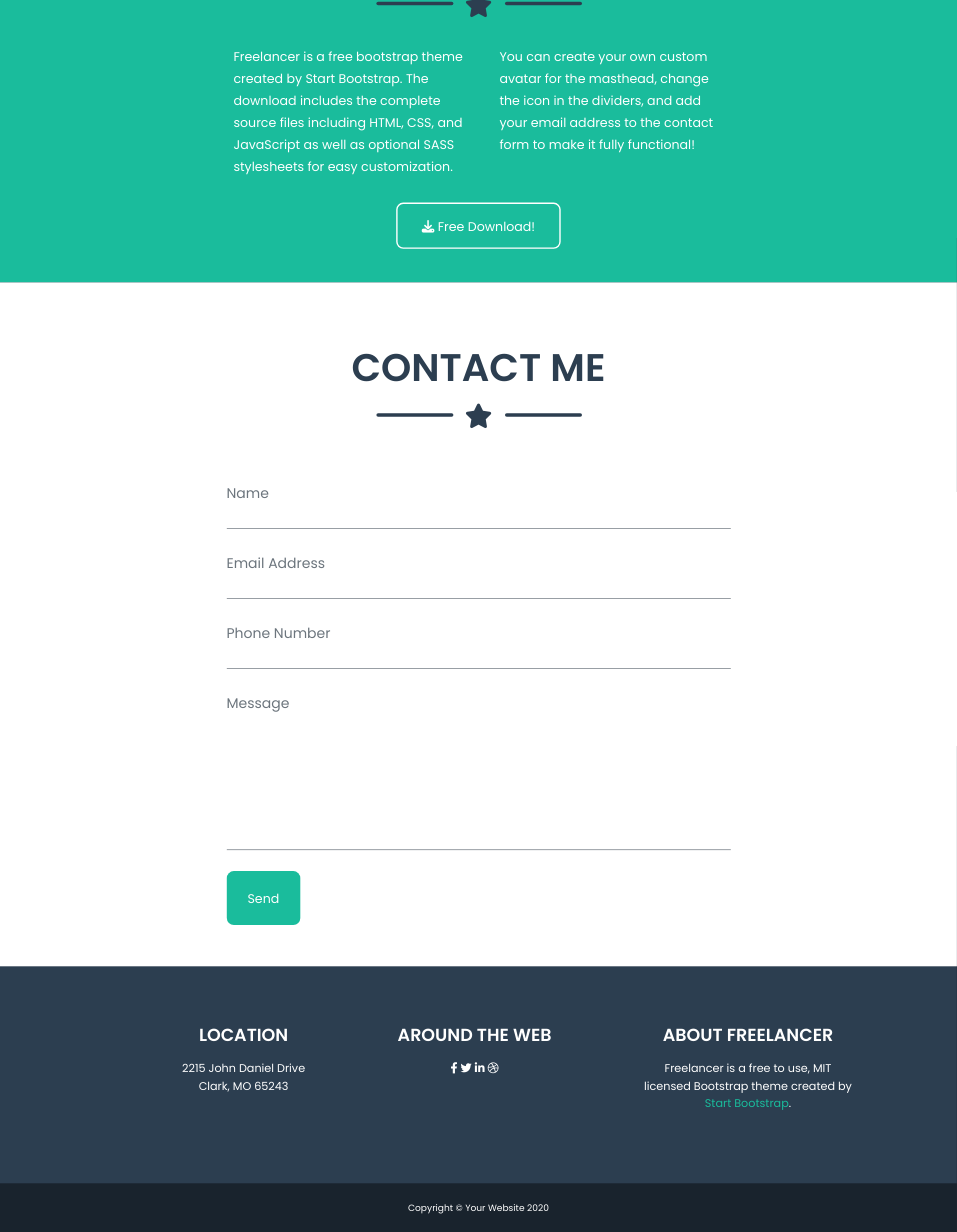
Repository: sSoRaK/web-cut-by-figma_train
Page: bai02/index.html
The author's editor kept a copy of each file at every save. The page is drawn from the files as they stood at one save, then again after the next save.
The browser window is 1280 px wide. The page is 1367 px wide, so the pictures cover 1367 px, including what lies to the right of the window. The pictures show the part of the page from y = 1839 to 3599 px (the page is 3599 px tall before and 3589 px after), at 70% of full size.

Above is the page before, as saved 2023-06-02 15:40:59.

### bai02/index.html
<!DOCTYPE html>
<html lang="en">
  <head>
    <meta charset="UTF-8" />
    <meta http-equiv="X-UA-Compatible" content="IE=edge" />
    <meta name="viewport" content="width=device-width, initial-scale=1.0" />
    <title>Start Bootstrap</title>
    <link rel="stylesheet" href="./style.css" />
    <link
      href="https://fonts.googleapis.com/css2?family=Poppins:wght@100;200;300;400;500;600&display=swap"
      rel="stylesheet"
    />
    <link
      rel="stylesheet"
      href="https://cdnjs.cloudflare.com/ajax/libs/font-awesome/6.4.0/css/all.min.css"
      integrity="sha512-iecdLmaskl7CVkqkXNQ/ZH/XLlvWZOJyj7Yy7tcenmpD1ypASozpmT/E0iPtmFIB46ZmdtAc9eNBvH0H/ZpiBw=="
      crossorigin="anonymous"
      referrerpolicy="no-referrer"
    />
  </head>
  <body>
    <div class="container">
      <!-- header menu -->
      <header>
        <div class="header-logo">
          <h2>Start Bootstrap</h2>
        </div>
        <nav>
          <ul>
            <li><a href="#">PORTFOLIO</a></li>
            <li><a href="#">ABOUT</a></li>
            <li><a href="#">CONTACT</a></li>
          </ul>
        </nav>
      </header>
      <!-- header menu -->
      <!-- main -->
      <main>
        <!-- block 01 -->
        <section class="block01 start-bootstrap">
          <img
            src="./resources/avataaars.png"
            alt="avatar"
            srcset="./resources/avataaars.png 2x"
          />
          <h3>START BOOTSTRAP</h3>
          <div class="star-line">
            <i class="fa-solid fa-star"></i>
          </div>
          <p>Graphic Artist - Web Designer - Illustrator</p>
        </section>
        <!-- block 01 -->

        <!-- block 02 -->
        <section class="block02 portfolio">
          <h4>PORTFOLIO</h4>
          <div class="star-line">
            <i class="fa-solid fa-star"></i>
          </div>
          <div class="img-list">
            <img
              src="./resources/cabin.png"
              alt="cabin"
              srcset="./resources/cabin.png 2x"
            />
            <img
              src="./resources/cake.png"
              alt="cake"
              srcset="./resources/cake.png"
            />
            <img
              src="./resources/circus.png"
              alt="circus"
              srcset="./resources/circus.png 2x"
            />
            <img
              src="./resources/game.png"
              alt="game"
              srcset="./resources/game.png 2x"
            />
            <img
              src="./resources/safe.png"
              alt="safe"
              srcset="./resources/safe.png 2x"
            />
            <img
              src="./resources/submarine.png"
              alt="submarine"
              srcset="./resources/submarine.png 2x"
            />
          </div>
        </section>
        <!-- block 02 -->

        <!-- block 03 -->
        <section class="block03 about">
          <h4>ABOUT</h4>
          <div class="star-line">
            <i class="fa-solid fa-star"></i>
          </div>
          <div iv class="content">
            <div class="left-content">
              Freelancer is a free bootstrap theme created by Start Bootstrap.
              The download includes the complete source files including HTML,
              CSS, and JavaScript as well as optional SASS stylesheets for easy
              customization.
            </div>
            <div class="right-content">
              You can create your own custom avatar for the masthead, change the
              icon in the dividers, and add your email address to the contact
              form to make it fully functional!
            </div>
          </div>
          <button><i class="fa-solid fa-download"></i> Free Download!</button>
        </section>
        <!-- block 03 -->

        <!-- block 04 -->
        <section class="block04 contact-me">
          <h4>CONTACT ME</h4>
          <div class="star-line">
            <i class="fa-solid fa-star"></i>
          </div>
          <div class="form">
            <form action="#" method="post">
              <div class="block">
                <label for="name">Name</label>
                <input type="text" name="name" id="name" />
              </div>
              <div class="block">
                <label for="email">Email Address</label>
                <input type="email" name="email" id="email" />
              </div>
              <div class="block">
                <label for="phone-number">Phone Number</label>
                <input type="number" name="phone-number" id="phone-number" />
              </div>
              <div class="block">
                <label for="message">Message</label>
                <textarea
                  name="message"
                  id="message"
                  style="resize: none"
                ></textarea>
              </div>
              <div class="send-btn">
                <input type="submit" value="Send" />
              </div>
            </form>
          </div>
        </section>
        <!-- block 04 -->
      </main>
      <footer>
        <div class="wrapper">
          <div class="col">
            <h5>LOCATION</h5>
            <p>
              2215 John Daniel Drive <br />
              Clark, MO 65243
            </p>
          </div>
          <div class="col">
            <h5>AROUND THE WEB</h5>
            <div class="icon-web">
              <i class="fa-brands fa-facebook-f"></i>
              <i class="fa-brands fa-twitter"></i>
              <i class="fa-brands fa-linkedin-in"></i>
              <i class="fa-brands fa-dribbble"></i>
            </div>
          </div>
          <div class="col">
            <h5>ABOUT FREELANCER</h5>
            <p>
              Freelancer is a free to use, MIT <br />
              licensed Bootstrap theme created by <br />
              <span>Start Bootstrap</span>.
            </p>
          </div>
        </div>
        <p class="copyright-footer">Copyright &copy; Your Website 2020</p>
      </footer>
      <!-- main -->
    </div>
  </body>
</html>

### bai02/style.css
* {
  margin: 0;
  padding: 0;
  box-sizing: border-box;
  font-family: "Poppins", sans-serif;
  list-style: none;
  text-decoration: none;
}
body {
  background-color: #0e0e0e;
  height: 2400px;
}
.container {
  position: relative;
  width: 1367px;
  background-color: #2c3e50;
  margin: 0 auto;
}
/* header menu */
header {
  height: 100px;
  color: #ffffff;
  display: flex;
  justify-content: space-between;
  align-items: center;
  margin: 0 155px 0 130px;
}
.header-logo {
  text-transform: uppercase;
  font-weight: 700;
  font-size: 20px;
  cursor: pointer;
}
nav ul {
  display: flex;
  gap: 40px;
}

ul li a {
  color: #ffffff;
  font-weight: 600;
  font-size: 18px;
}
/* header menu */
/* main */

/* block 01 */
.block01 {
  height: 680px;
  background-color: #1abc9c;
  color: #ffffff;
  text-align: center;
  padding: 102px 0;
}
.block01 img {
  width: 250px;
  height: 250px;
  margin-bottom: 30px;
}
.block01 h3 {
  font-size: 65px;
}
.star-line {
  margin-bottom: 20px;
}
.block01 p {
  font-size: 20px;
}
/* block 01 */
/* block 02 */
.block02 {
  height: 852px;
  background-color: #ffffff;
  color: #ffffff;
  padding: 80px 0;
}
.block02 h4,
.block03 h4,
.block04 h4 {
  text-align: center;
  color: #2c3e50;
  font-size: 55px;
  margin-bottom: 10px;
}
/* làm star line */
.star-line {
  position: relative;
  color: #2c3e50;
  text-align: center;
}
.fa-star {
  font-size: 35px;
}
.star-line::before {
  position: absolute;
  content: "";
  width: 110px;
  height: 5px;
  bottom: 50%;
  left: 50%;
  background-color: #2c3e50;
  transform: translateX(-133%);
  border-radius: 10px;
}
.star-line::after {
  position: absolute;
  content: "";
  width: 110px;
  height: 5px;
  bottom: 50%;
  right: 50%;
  background-color: #2c3e50;
  transform: translateX(134%);
  border-radius: 10px;
}
/* phần image list */
.img-list {
  display: grid;
  grid-template-rows: repeat(2, 240px);
  grid-template-columns: repeat(3, 330px);
  gap: 48px;
  margin: 32px 138px 0 138px;
}
.img-list img {
  width: 330px;
  height: 240px;
  object-fit: contain;
  border-radius: 10px;
}
/* block 02 */

/* block 03 */
.block03 {
  height: 610px;
  background-color: #1abc9c;
  text-align: center;
  padding: 102px 0;
}
.block03 h4 {
  color: #ffffff;
}
.content {
  display: flex;
  width: 700px;
  height: 180px;
  margin: 38px auto 45px auto;
  column-gap: 50px;
  color: #ffffff;
}
.left-content,
.right-content {
  font-size: 18px;
  line-height: 1.75em;
  text-align: left;
}
.left-content {
  width: 330px;
}
.right-content {
  width: 320px;
}
/* button */
.block03 button {
  width: 235px;
  height: 66px;
  background-color: transparent;
  border: 2px solid #ffffff;
  border-radius: 10px;
  color: #ffffff;
  cursor: pointer;
  font-size: 18px;
}
/* block 03 */

/* block 04 */
.block04 {
  height: 977px;
  background-color: #fff;
  padding: 80px 0;
}
.form {
  width: 720px;
  height: 610px;
  margin: 75px auto;
}
.block {
  width: 100%;
  height: 65px;
  margin-bottom: 20px;
}
.block:not(:first-child) {
  margin-top: 35px;
}
.block label {
  color: #6c757d;
  font-size: 20px;
}
.block input,
.block #message {
  display: block;
  width: 100%;
  border: none;
  border-bottom: 1.5px solid #6c757d;
  margin-top: 15px;
}
.block textarea {
  height: 180px;
}
.send-btn {
  margin-top: 190px;
  width: 100px;
  height: 68px;
}
.send-btn input {
  font-size: 18px;
  border: none;
  color: #fff;
  background-color: #1abc9c;
  padding: 25px 30px;
  border-radius: 10px;
  cursor: pointer;
}
/* block 04 */
/* main */

/* footer */
footer {
  height: 300px;
}
.wrapper {
  display: flex;
  justify-content: space-between;
  margin: 80px 150px 0 150px;
  padding-left: 110px;
  text-align: center;
  color: #fff;
}
.col h5 {
  font-size: 25px;
}
.col p,
.col .icon-web {
  margin-top: 15px;
}
.col p span {
  color: #1abc9c;
  cursor: pointer;
}
/* copyright footer */
footer .copyright-footer {
  position: absolute;
  height: 70px;
  width: 100%;
  color: #fff;
  background-color: #19232d;
  bottom: 0;
  left: 0;
  display: flex;
  align-items: center;
  justify-content: center;
  font-size: 13px;
}
/* footer */

After the next save:
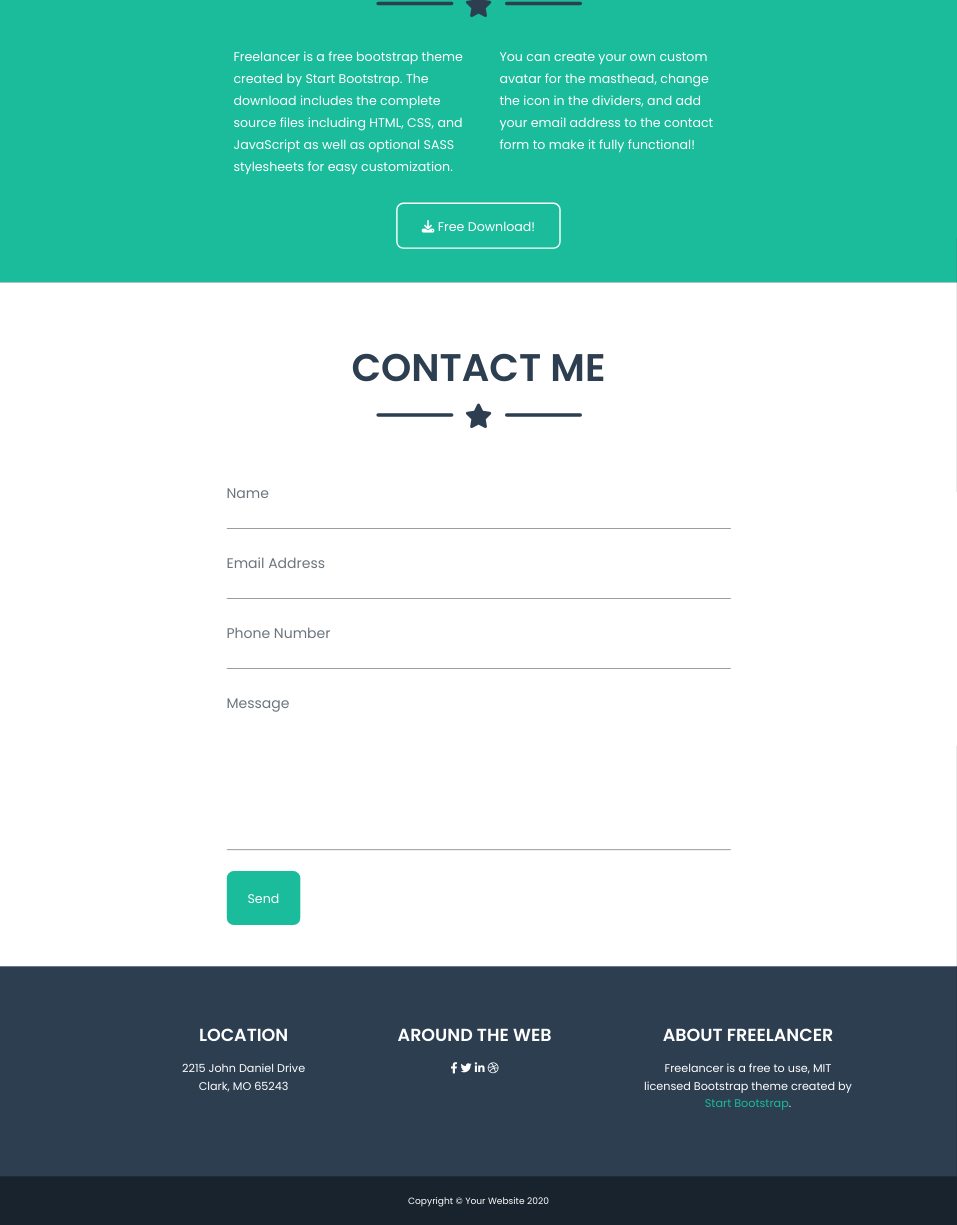
Saved 31 s later.
--- a/bai02/style.css
+++ b/bai02/style.css
@@ -225,7 +225,7 @@ ul li a {
 
 /* footer */
 footer {
-  height: 300px;
+  height: 290px;
 }
 .wrapper {
   display: flex;
